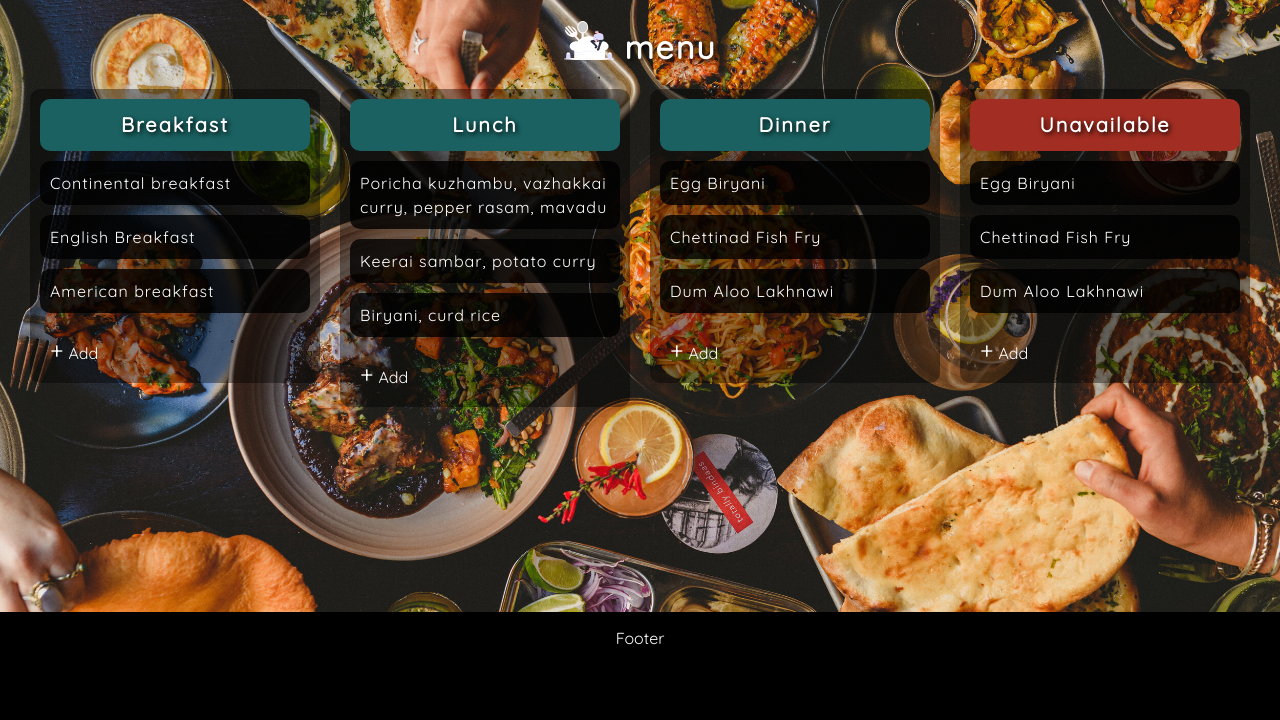
Repository: Anasooya2601/drag-and-drop
Page: index.html
These files come from the project's save history. The page is drawn as it stood at one moment and after the next save; the edit follows.
The browser window is 1280 px wide. The pictures show the whole page.

Above is the page before, as saved 2021-02-05 03:14:35.

### index.html
<!DOCTYPE html>
<html lang="en">
<head>
    <meta charset="UTF-8">
    <meta name="viewport" content="width=device-width, initial-scale=1.0">
    <title>MRC</title>
    <script src="script.js" type="text"></script>
    <link rel="icon" type="image/png" href="favicon.png">
    <link rel="stylesheet" href="style.css">
</head>
<body>

    <h1 class="main-title">
        <img src="mrc.svg" width="50" alt="">
    menu
</h1>
    <div class="drag-container">
        <ul class="drag-list">
<!-- breakfast column -->

<li class="drag-column progress-column">
    <span class="header">
        <h1>Breakfast</h1>
    </span>
    <!-- breakfast-content -->
    <div id="progress-content">
        <ul class="drag-item-list"id= "progress-list">
            <li class="drag-item"> Continental breakfast</li>
            <li class="drag-item">English Breakfast</li>
            <li class="drag-item">American breakfast</li>
        </ul>
    </div>
    <!-- add-button -->
    <div class="add-btn-group">
        <div class="add-btn">
    <span class="plus-sign">+</span>
    <span>Add</span>
</div>
<div class="add-btn solid">
    <span>save</span>
</div>
<div class="add-container">
    <div class="add-item"></div>

</div>

    </div>
</li>
<li class="drag-column progress-column">
    <span class="header">
        <h1>Lunch</h1>
    </span>
    <!-- breakfast-content -->
    <div id="progress-content">
        <ul class="drag-item-list"id= "progress-list">
            <li class="drag-item"> Poricha kuzhambu, vazhakkai curry, pepper rasam, mavadu</li>
            <li class="drag-item">Keerai sambar, potato curry</li>
            <li class="drag-item">Biryani, curd rice</li>
        </ul>
    </div>
    <!-- add-button -->
    <div class="add-btn-group">
        <div class="add-btn">
    <span class="plus-sign">+</span>
    <span>Add</span>
</div>
<div class="add-btn solid">
    <span>save</span>
</div>
<div class="add-container">
    <div class="add-item"></div>

</div>

    </div>
</li>
<li class="drag-column progress-column">
    <span class="header">
        <h1>Dinner</h1>
    </span>
    <!-- breakfast-content -->
    <div id="progress-content">
        <ul class="drag-item-list"id= "progress-list">
            <li class="drag-item"> Egg Biryani</li>
            <li class="drag-item"> Chettinad Fish Fry</li>
            <li class="drag-item">Dum Aloo Lakhnawi</li>
        </ul>
    </div>
    <!-- add-button -->
    <div class="add-btn-group">
        <div class="add-btn">
    <span class="plus-sign">+</span>
    <span>Add</span>
</div>
<div class="add-btn solid">
    <span>save</span>
</div>
<div class="add-container">
    <div class="add-item"></div>

</div>

    </div>
</li>
<li class="drag-column on-hold-column">
    <span class="header">
        <h1>Unavailable</h1>
    </span>
    <!-- breakfast-content -->
    <div id="on-hold-content">
        <ul class="drag-item-list"id= "on-hold-list">
            <li class="drag-item"> Egg Biryani</li>
            <li class="drag-item"> Chettinad Fish Fry</li>
            <li class="drag-item">Dum Aloo Lakhnawi</li>
        </ul>
    </div>
    <!-- add-button -->
    <div class="add-btn-group">
        <div class="add-btn">
    <span class="plus-sign">+</span>
    <span>Add</span>
</div>
<div class="add-btn solid">
    <span>save</span>
</div>
<div class="add-container">
    <div class="add-item"></div>

</div>

    </div>
</li>
        </ul>
    </div>
    <div class="footer">
        <p>Footer</p>
      </div>
</body>



</html>

### style.css
/* Trees Image - Pexels: https://www.pexels.com/photo/photo-of-trees-in-forest-3801030/ */
@import url("https://fonts.googleapis.com/css?family=Quicksand&display=swap");

html {
  box-sizing: border-box;
}

:root {
  --column-1: #a2622d;
  --column-2: #1b6161;
  --column-3: #248224;
  --column-4: #a22d22;
}

body {
  margin: 0;
  background: url("./mrc.jpg");
  background-size: cover;
  background-position: 50% 60%;
  background-attachment: fixed;
  color: white;
  font-family: Quicksand, sans-serif;
  overflow-y: hidden;
}

h1 {
  letter-spacing: 2px;
  text-shadow: 2px 2px 5px black;
}

.main-title {
  text-align: center;
  font-size: 3rem;
}

ul {
  list-style-type: none;
  margin: 0;
  padding: 0;
}

.drag-container {
  margin: 20px;
}

.drag-list {
  display: flex;
  align-items: flex-start;
}

/* Columns */
.drag-column {
flex: 1;
  margin: 0 10px;
  position: relative;
  background-color: rgba(0, 0, 0, 0.4);
  border-radius: 10px;
  overflow-x: hidden;
}

.backlog-column .header,
.backlog-column .solid,
.backlog-column .solid:hover,
.backlog-column .over {
  background-color: var(--column-1);
}

.progress-column .header,
.progress-column .solid,
.progress-column .solid:hover,
.progress-column .over {
  background-color: var(--column-2);
}

.complete-column .header,
.complete-column .solid,
.complete-column .solid:hover,
.complete-column .over {
  background-color: var(--column-3);
}

.on-hold-column .header,
.on-hold-column .solid,
.on-hold-column .solid:hover,
.on-hold-column .over {
  background-color: var(--column-4);
}

/* Custom Scrollbar */
.custom-scroll {
  overflow-y: auto;
  max-height: 75vh;
}

.custom-scroll::-webkit-scrollbar-track {
  box-shadow: inset 0 0 6px rgba(0, 0, 0, 0.4);
  border-radius: 10px;
  background-color: rgba(255, 255, 255, 0.3);
  margin-right: 5px;
}

.custom-scroll::-webkit-scrollbar {
  width: 10px;
}

.custom-scroll::-webkit-scrollbar-thumb {
  border-radius: 10px;
  box-shadow: inset 0 0 6px rgba(0, 0, 0, 0.3);
  background-color: rgba(0, 0, 0, 0.8);
}

.header {
  display: flex;
  justify-content: center;
  border-radius: 10px;
  margin: 10px;
}

.header h1 {
  font-size: 1.25rem;
}

/* Drag and Drop */
.over {
  padding: 50px 10px;
}

.drag-item-list {
  min-height: 50px;
}

.drag-item {
  margin: 10px;
  padding: 10px;
  height: fit-content;
  background-color: rgba(0, 0, 0, 0.8);
  border-radius: 10px;
  line-height: 1.5rem;
  letter-spacing: 1px;
  cursor: pointer;
}

.drag-item:focus {
  outline: none;
  background-color: white;
  color: black;
}

/* Add Button Group */
.add-btn-group {
  display: flex;
  justify-content: space-between;
}

.add-btn {
  margin: 10px;
  padding: 5px 10px;
  display: flex;
  align-items: center;
  cursor: pointer;
  width: fit-content;
  border-radius: 5px;
  transition: all 0.3s ease-in;
  user-select: none;
}

.add-btn:hover {
  background-color: rgba(255, 255, 255, 0.9);
  color: black;
}

.add-btn:active {
  transform: scale(0.97);
}

.solid {
  display: none;
}

.solid:hover {
  transition: unset;
  filter: brightness(95%);
  color: white;
}

.plus-sign {
  font-size: 1.5rem;
  margin-right: 5px;
  position: relative;
  top: -3px;
}

.add-container {
  margin: 10px;
  padding: 5px 10px;
  border-radius: 10px;
  background-color: rgba(255, 255, 255, 0.9);
  min-height: 100px;
  display: none;
}

.add-item {
  width: 100%;
  min-height: 100px;
  height: auto;
  background-color: white;
  border-radius: 10px;
  margin: 5px auto;
  resize: none;
  color: black;
  padding: 10px;
}

.add-item:focus {
  outline: none;
}

/* Media Query: Laptop */
@media screen and (max-width: 1800px) {
  .main-title {
    font-size: 2rem;
  }
}

/* Media Query: Large Smartphone (Vertical) */
@media screen and (max-width: 600px) {
  body {
    overflow-y: auto;
  }

  .drag-container {
    margin: 0;
  }

  .drag-list {
    display: block;
  }

  .drag-column {
    margin: 10px;
  }
}

.footer {
  position: fixed;
  left: 0;
  bottom: 0;
  width: 100%;
  height: 15%;
  background-color: black;
  color: white;
  position: flex;
  text-align: center;
}

After the next save:
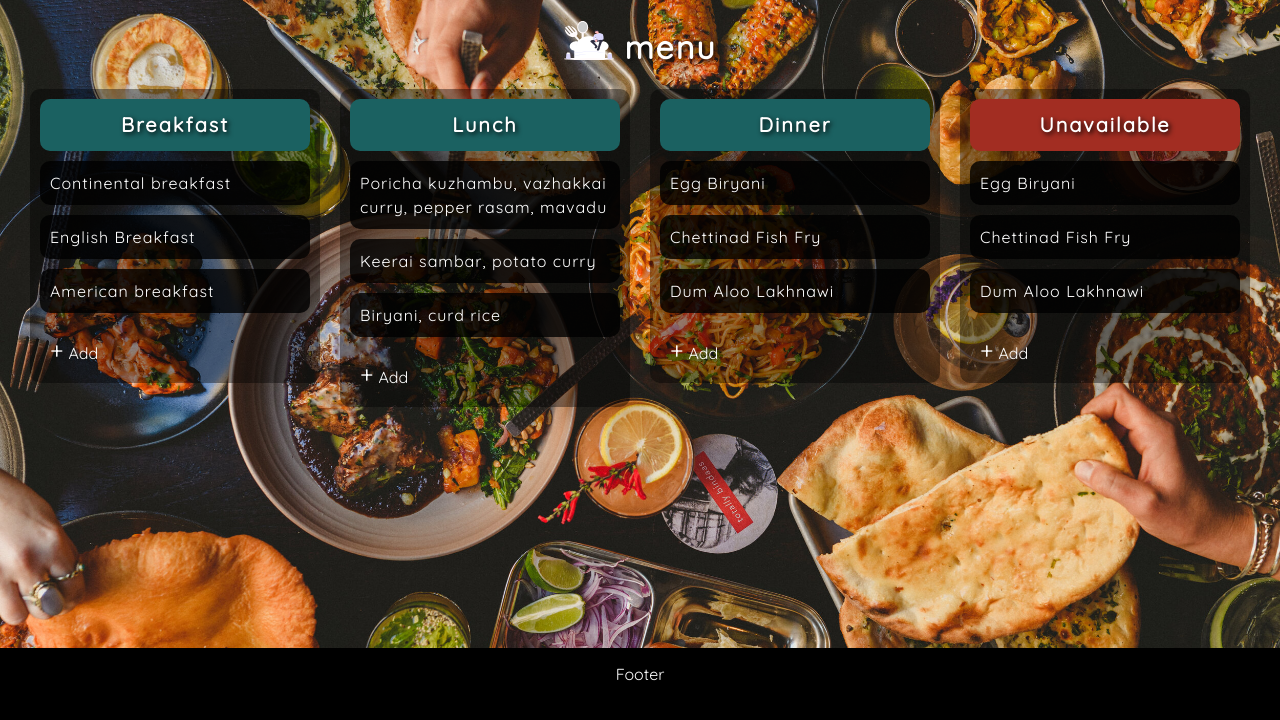
Saved 14 s later.
--- a/style.css
+++ b/style.css
@@ -246,7 +246,7 @@ flex: 1;
   left: 0;
   bottom: 0;
   width: 100%;
-  height: 15%;
+  height: 10%;
   background-color: black;
   color: white;
   position: flex;
